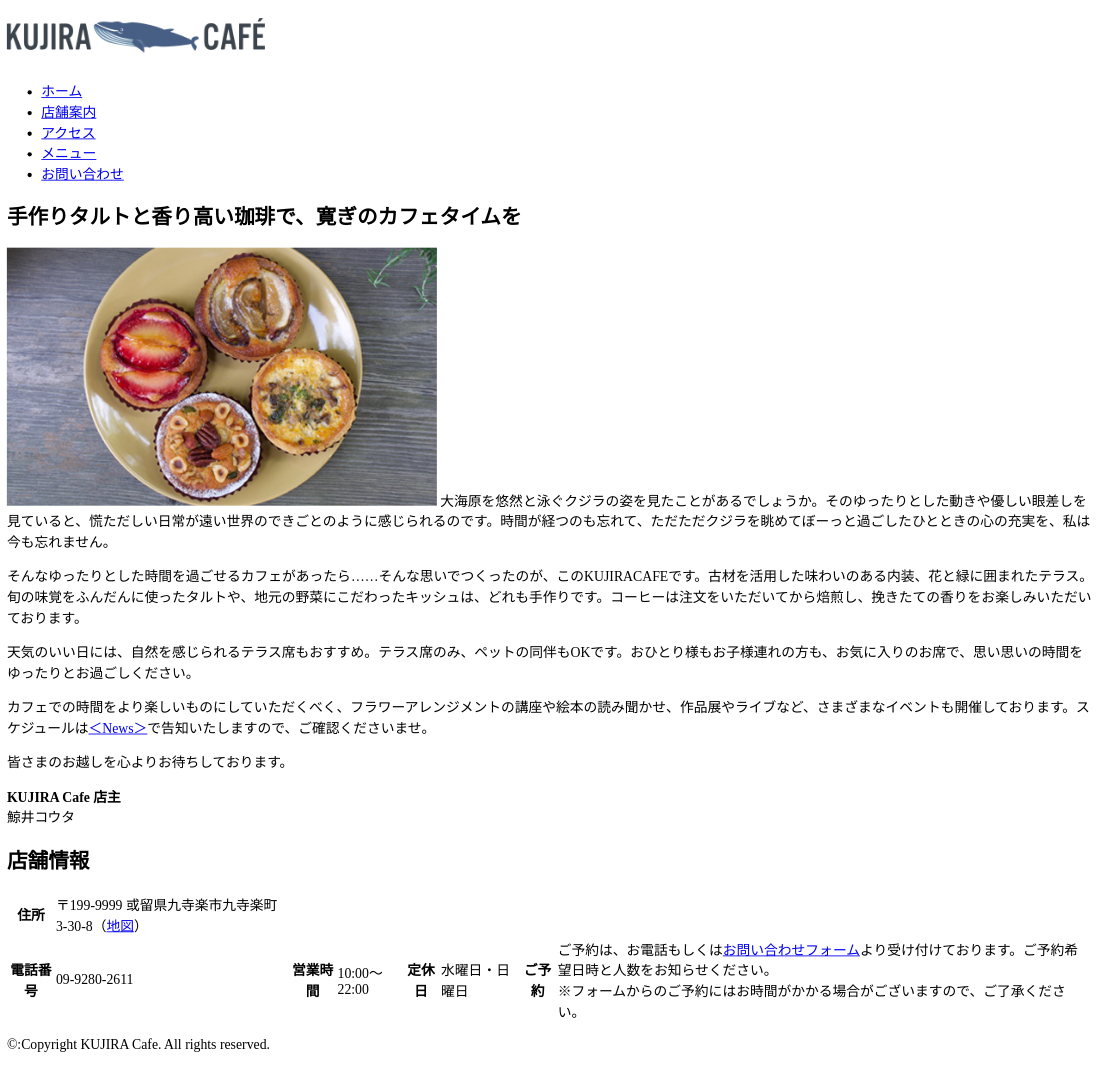
Repository: U-dias/work3
Page: cafe/about.html
The author's editor kept a record of every edit. The page is drawn from the files as they stood at one moment, then again after the next edit.
The browser window is 1280 px wide. The pictures show the whole page, at 86% of full size.

Above is the page before.

After the next edit:
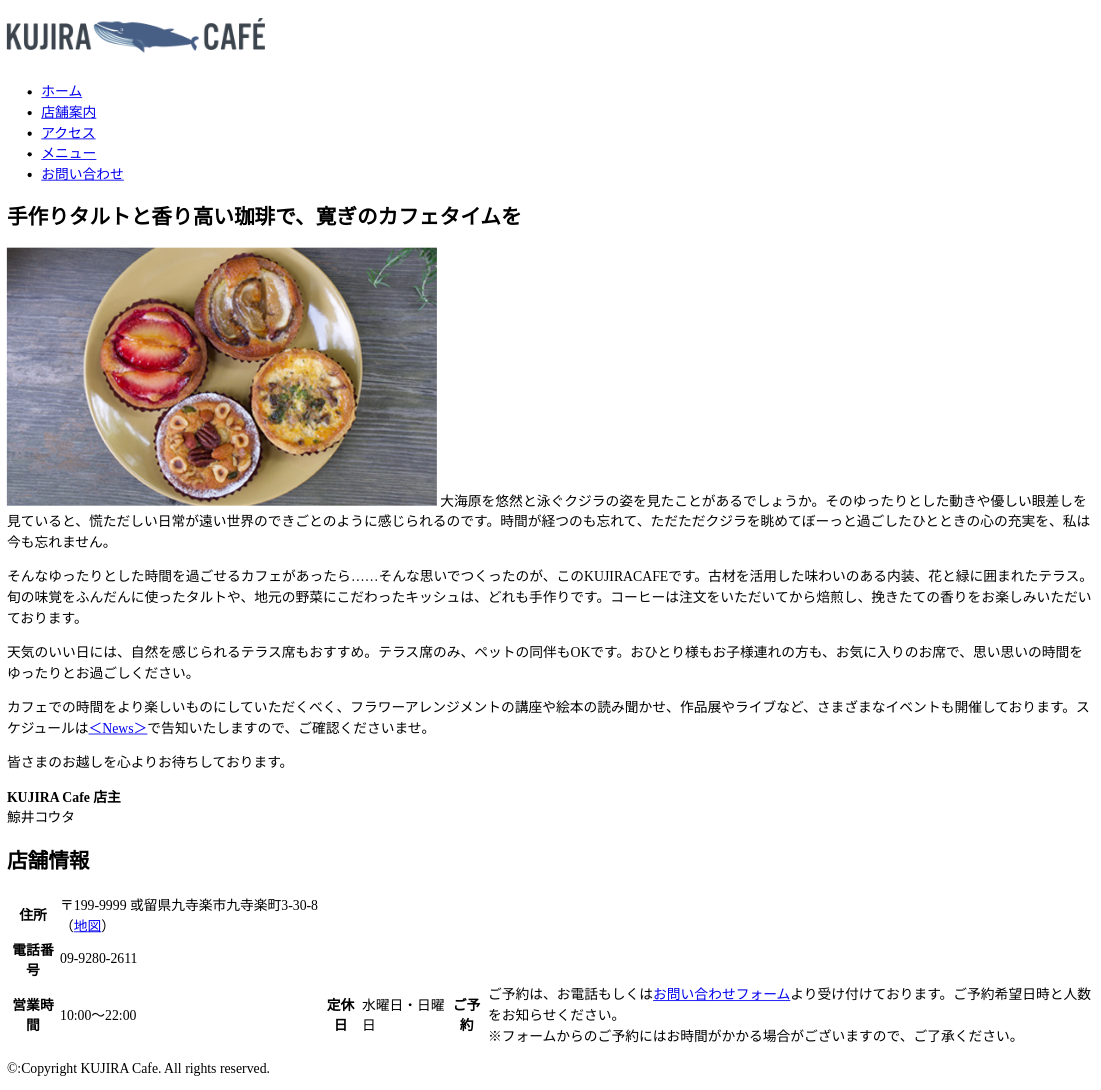
The edit:
--- a/cafe/about.html
+++ b/cafe/about.html
@@ -46,8 +46,9 @@
             </tr>
             <tr>
             <th>電話番号</th>
-            <td>09-9280-2611</td>
+            <td>09-9280-2611</td></tr>
 
+            <tr>
             <th>営業時間</th>
             <td>10:00～22:00</td>
 
